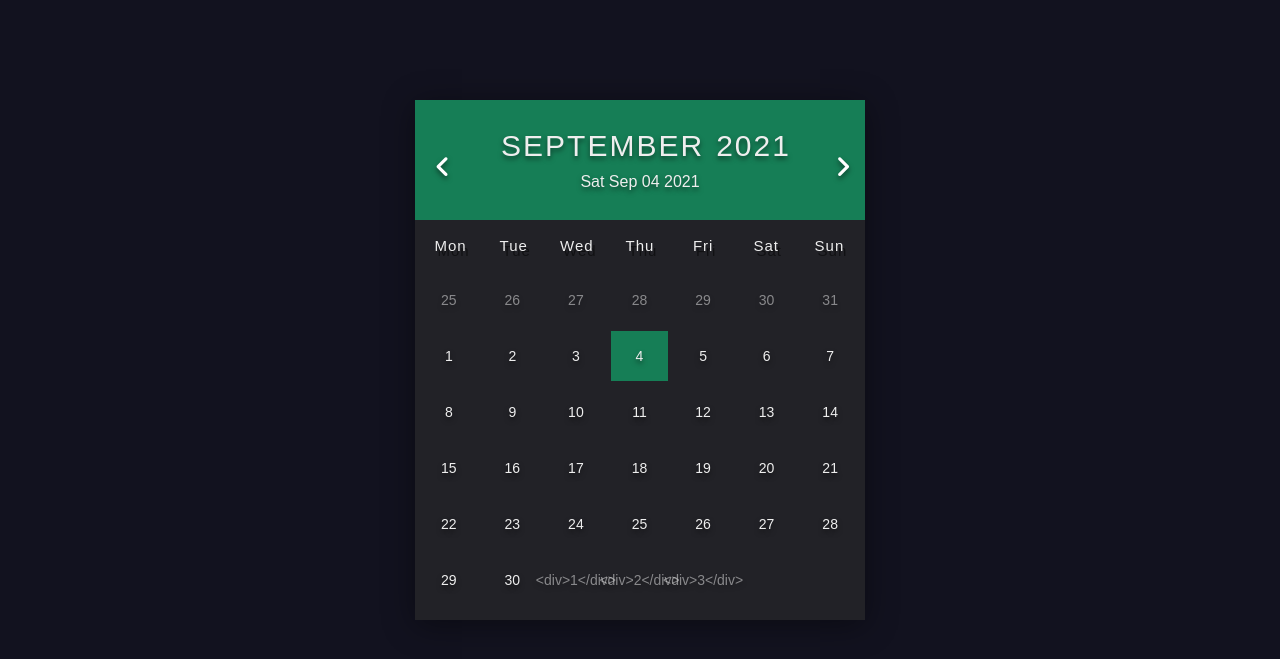
Repository: dboinska/calendar
Page: index.html
An editor plug-in stored every save of this project. The page is shown before and after the next save, followed by the edit.
The browser window is 1280 px wide. The pictures show the whole page.
Some web libraries are served in a nearby version.

Above is the page before, as saved 2021-09-06 18:04:54.

### index.html
<!DOCTYPE html>
<html lang="en">
  <head>
    <meta charset="UTF-8" />
    <meta http-equiv="X-UA-Compatible" content="IE=edge" />
    <meta name="viewport" content="width=device-width, initial-scale=1.0" />
    <title>Calendar</title>
    <script
      src="https://kit.fontawesome.com/5567926149.js"
      crossorigin="anonymous"
    ></script>
    <link rel="stylesheet" href="style.css" />
  </head>
  <body>
    <div class="container">
      <div class="calendar">
        <div class="month">
          <i class="fas fa-angle-left prev"></i>
          <div class="date">
            <div class="header">
              <h1></h1>
              <h2></h2>
            </div>
            <p></p>
          </div>
          <i class="fas fa-angle-right next"></i>
        </div>
        <div class="weekdays">
          <div>Mon</div>
          <div>Tue</div>
          <div>Wed</div>
          <div>Thu</div>
          <div>Fri</div>
          <div>Sat</div>
          <div>Sun</div>
        </div>
        <div class="days"></div>
      </div>
    </div>
    <script src="script.js"></script>
  </body>
</html>

### style.css
* {
  margin: 0;
  padding: 0;
  box-sizing: border-box;
  font-family: "Quicksand", sans-serif;
}

html {
  font-size: 62.5%;
}

.container {
  width: 100%;
  height: 100vh;
  background-color: #12121f;
  color: #eee;
  display: flex;
  justify-content: center;
  align-items: center;
}

.calendar {
  width: 45rem;
  height: 52rem;
  background-color: #222227;
  box-shadow: 0 0.5rem 3rem rgba(0, 0, 0, 0.4);
}

.fas {
  height: 10px;
  width: 10px;
  color: white;
}

.month {
  width: 100%;
  height: 12rem;
  background-color: #167e56;
  display: flex;
  justify-content: space-between;
  align-items: center;
  padding: 0 2rem;
  text-align: center;
  text-shadow: 0 0.3rem 0.5rem rgba(0, 0, 0, 0.5);
}

.month i {
  font-size: 2.5rem;
  cursor: pointer;
}

.month h1,
h2 {
  font-size: 3rem;
  font-weight: 400;
  text-transform: uppercase;
  letter-spacing: 0.2rem;
  margin-bottom: 1rem;
  padding-left: 1.2rem;
}

.month p {
  font-size: 1.6rem;
}

.weekdays {
  width: 100%;
  height: 5rem;
  padding: 0 0.4rem;
  display: flex;
  align-items: center;
}

.weekdays div {
  font-size: 1.5rem;
  font-weight: 400;
  letter-spacing: 0.1rem;
  width: calc(44.2rem / 7);
  display: flex;
  justify-content: center;
  align-items: center;
  text-shadow: 0.3rem 0.5rem rgba(0, 0, 0, 0.5);
}

.days {
  width: 100%;
  display: flex;
  flex-wrap: wrap;
  padding: 0.2rem;
}

.days div {
  font-size: 1.4rem;
  margin: 0.3rem;
  width: calc(40.3rem / 7);
  height: 5rem;
  display: flex;
  justify-content: center;
  align-items: center;
  text-shadow: 0 0.3rem 0.5rem rgba(0, 0, 0, 0.5);
  transition: background-color 0.2s;
}

.days div:hover:not(.today) {
  background-color: #262626;
  border: 2rem solid #777;
  cursor: pointer;
}

.prev-date,
.next-date {
  opacity: 0.5;
}

.header {
  display: flex;
}

.today,
.clickedDay {
  background-color: #167e56;
}

### script.js
const date = new Date();
const renderCalendar = () => {
  const monthDays = document.querySelector(".days");
  const d = new Date(date.getFullYear(), date.getMonth() + 1, 0);
  const lastDay = new Date(
    date.getFullYear(),
    date.getMonth() + 1,
    0
  ).getDate();
  const prevLastDay = new Date(
    date.getFullYear(),
    date.getMonth(),
    0
  ).getDate();
  const firstDayIndex = date.getDay();
  const lastDayIndex = new Date(
    date.getFullYear(),
    date.getMonth(),
    0
  ).getDay();
  console.log(lastDayIndex);
  console.log(lastDay);

  const nextDays = 7 - lastDayIndex - 1;
  const months = [
    "January",
    "February",
    "March",
    "April",
    "May",
    "June",
    "July",
    "August",
    "September",
    "October",
    "November",
    "December",
  ];

  document.querySelector(".date h1").textContent = months[date.getMonth()];
  document.querySelector(".date h2").textContent = date.getFullYear();

  document.querySelector(".date p").textContent = new Date().toDateString();

  let days = "";

  if (lastDayIndex !== 0) {
    for (let x = firstDayIndex + 1; x > 0; x--) {
      const div = document.createElement("div");
      div.textContent = `${prevLastDay - x + 1}`;
      div.className = "next-date";
      monthDays.appendChild(div);
      days += `<div class="prev-date">${prevLastDay - x + 1}</div>`;
    }
    console.log(firstDayIndex - 1, "nie poniedziałek");
  }

  for (let i = 1; i <= lastDay; i++) {
    if (
      i === new Date().getDate() &&
      date.getMonth() === new Date().getMonth()
    ) {
      days += `<div class="today">${i}</div>`;
    } else {
      days += `<div>${i}</div>`;
    }

    monthDays.innerHTML = days;
  }
  console.log(
    "next days",
    nextDays,
    "last day index",
    lastDayIndex,
    "firstdayindex",
    firstDayIndex,
    "prevlastday",
    prevLastDay,
    "d",
    d.getDay()
  );
  //for (let j = 1; j <= nextDays - 1; j++) {
  if (d.getDay() !== 0) {
    for (let j = 1; j <= 7 - d.getDay(); j++) {
      let div = document.createElement("div");
      div.textContent = `<div>${j}</div>`;
      div.className = "next-date";
      monthDays.appendChild(div);
      // days += `<div class="next-date">${j}</div>`;
      //monthDays.innerHTML = days;
    }
  }
};
// date.setDate(1);
// console.log(date.getDay());
// const month = date.getMonth();
// console.log(month);

const prevMonth = document.querySelector(".prev");
const nextMonth = document.querySelector(".next");

prevMonth.addEventListener("click", backToPrevMonth);

document.addEventListener("keydown", function (e) {
  if (e.keyCode == "37") {
    backToPrevMonth();
  }
});

nextMonth.addEventListener("click", goToNextMonth);

document.addEventListener("keydown", function (e) {
  if (e.keyCode == "39") {
    goToNextMonth();
  }
});

function backToPrevMonth() {
  date.setMonth(date.getMonth() - 1);
  console.log("month", date.getMonth());
  renderCalendar();
}

function goToNextMonth() {
  date.setMonth(date.getMonth() + 1);
  console.log("month", date.getMonth());
  renderCalendar();
}

const days = [...document.querySelectorAll(".days div")];
function clickDay(day) {
  days.addEventListener("click", () => {
    day.classList.add("clickedDay");
  });
}
console.log(days);

renderCalendar();

After the next save:
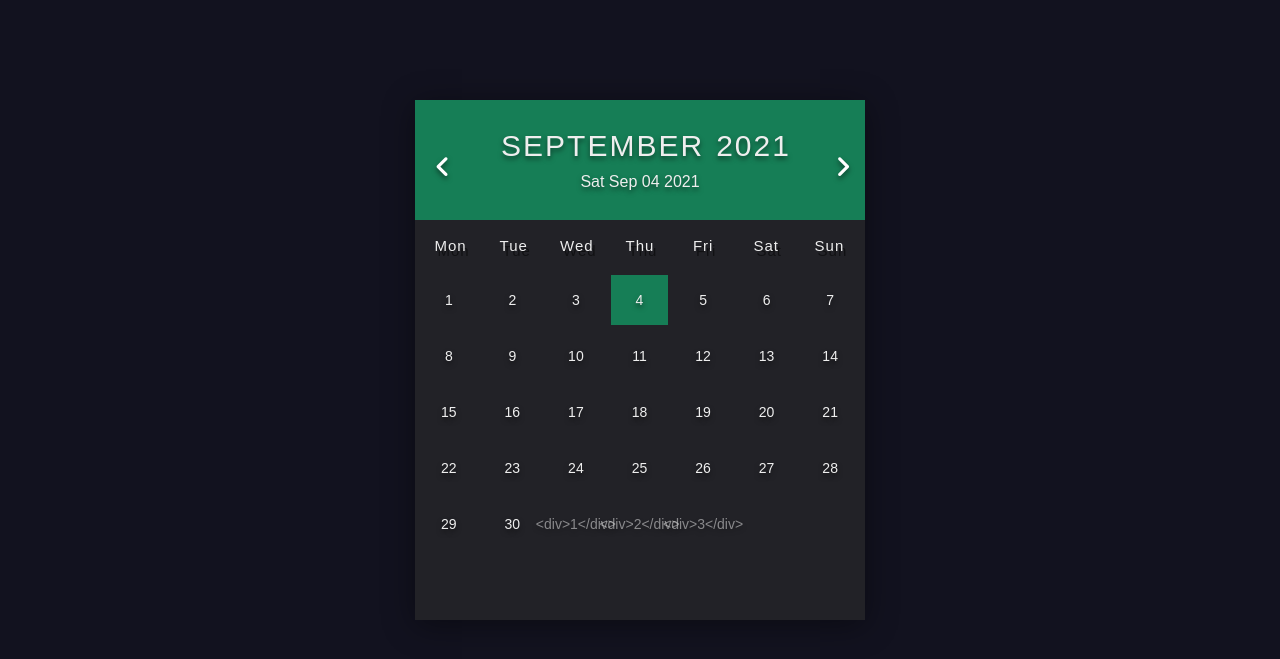
Saved 30 s later.
--- a/script.js
+++ b/script.js
@@ -48,9 +48,10 @@
     for (let x = firstDayIndex + 1; x > 0; x--) {
       const div = document.createElement("div");
       div.textContent = `${prevLastDay - x + 1}`;
-      div.className = "next-date";
+      div.className = "prev-date";
       monthDays.appendChild(div);
-      days += `<div class="prev-date">${prevLastDay - x + 1}</div>`;
+      // monthDays.appendChild(div);
+      //days += `<div class="prev-date">${prevLastDay - x + 1}</div>`;
     }
     console.log(firstDayIndex - 1, "nie poniedziałek");
   }

After the 2 saves that followed:
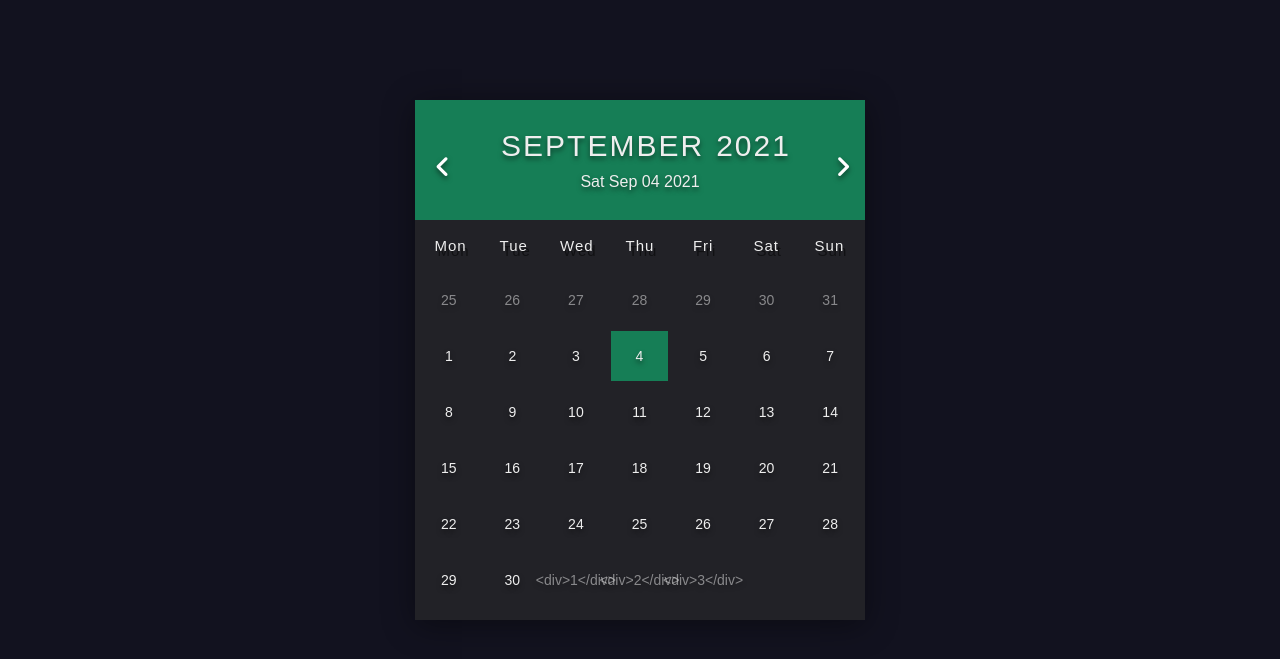
The 2 saves are shown as one change because 1 left the picture as it was.
The last was saved 8 min 21 s later.
--- a/script.js
+++ b/script.js
@@ -46,12 +46,7 @@
 
   if (lastDayIndex !== 0) {
     for (let x = firstDayIndex + 1; x > 0; x--) {
-      const div = document.createElement("div");
-      div.textContent = `${prevLastDay - x + 1}`;
-      div.className = "prev-date";
-      monthDays.appendChild(div);
-      // monthDays.appendChild(div);
-      //days += `<div class="prev-date">${prevLastDay - x + 1}</div>`;
+      days += `<div class="prev-date">${prevLastDay - x + 1}</div>`;
     }
     console.log(firstDayIndex - 1, "nie poniedziałek");
   }
